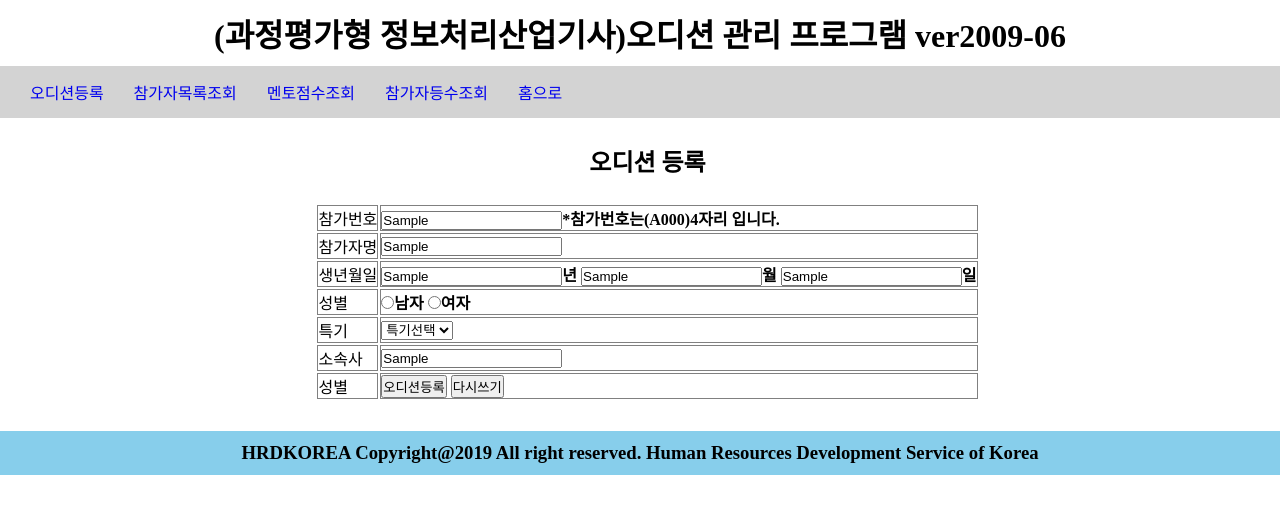
Repository: chyun94/JSP-
Page: http://localhost/Kingdom/insert.jsp
The author's editor kept a copy of each file at every save. The page is drawn from the files as they stood at one save, then again after the next save.
The browser window is 1280 px wide. The pictures show the whole page.
Empty fields were first filled with sample values (such as "Sample", 5 or name@example.com).
After loading, the first visible `input[onclick="re()"]` was clicked once.
The page is served by Tomcat 9. Other server files are loaded and not shown.

Above is the page before, as saved 2021-05-09 13:05:57.
Console error: ReferenceError: re is not defined

### Kingdom/WebContent/insert.jsp
<%@ page language="java" contentType="text/html; charset=UTF-8"
    pageEncoding="UTF-8"%>
<!DOCTYPE html>
<html>
<head>
<meta charset="UTF-8">
<title>Insert title here</title>
<style>
*{margin: 0%;padding: 0%}

.header ul,li,a{
list-style: none;
text-decoration: none;
float: left;
padding-left: 15px;
padding-bottom: 0 20px;
text-align: center;
}
.nav{
padding: 14px 0px; overflow: hidden;
background-color: lightgray;
}
.subject table{
width: 600px;
margin: 0 auto;
}
.subject table,th,td{
border: 1px solid gray;
text-align: left;
}

.footer{
text-align: center; background: skyblue; padding: 11px;
}
</style>
<script>
	function send() {
		if(frm.artist_number.value==""){
			alert("참가번호를 작성해 주세요");
			frm.artist_number.focus();
			return;
		}
		alert("오디션참가에 등록 합니다.");
		frm.submit();
	}
</script>
</head>
<body>
<div>
	<header>
		<h1 style="text-align: center; padding: 10px">(과정평가형 정보처리산업기사)오디션 관리 프로그램 ver2009-06</h1>
		<nav class="nav">
		<ul>
			<li><a href="insert.jsp">오디션등록</a></li>
			<li><a href="list.jsp">참가자목록조회</a></li>
			<li><a href="mentolist.jsp">멘토점수조회</a></li>
			<li><a href="ranking.jsp">참가자등수조회</a></li>
			<li><a href="index.jsp">홈으로</a></li>
		</ul>
		</nav>
	</header>
</div>

<div style="padding-left: 15px; text-align: center;">
	<section>
		<h2 style="text-align: center; padding: 25px;">오디션 등록</h2>

		<form action="insert_pro.jsp" method="post" name="frm">

		<div align="center">
		<table class="subject" style="text-align: center;">
			<tr>
				<td>참가번호</td>
				<th>
					<input type="text"maxlength="4" name="artist_number">*참가번호는(A000)4자리 입니다.
				</th>
			</tr>
			<tr>
				<td>참가자명</td>
				<th>
					<input type="text" name="artist_name">
				</th>
			</tr>
			<tr>
				<td>생년월일</td>
				<th>
					<input type="text" name="yy">년
					<input type="text" name="mm">월
					<input type="text" name="dd">일
				</th>
			</tr>
			<tr>
				<td>성별</td>
				<th>
					<input type="radio" name="gender" value="M">남자
					<input type="radio" name="gender" value="F">여자
				</th>
			</tr>
			<tr>
				<td>특기</td>
				<th>
					<select name=hobby>
						<option>특기선택</option>
						<option value="1">댄스</option>
						<option value="2">노래</option>
						<option value="3">랩</option>
					</select>
				</th>
			</tr>
			<tr>
				<td>소속사</td>
				<th>
					<input type="text" name="join">
				</th>
			</tr>
			<tr>
				<td>성별</td>
				<th>
					<input type="button" onclick="send()" value="오디션등록">
					<input type="button" onclick="re()" value="다시쓰기">
				</th>
			</tr>
		</table>
		</div>
		</form>
	</section>
</div>

<div style="padding-top: 30px;">
	<footer>
		<div class="footer">
			<h3 style="text-align: center;" >
			HRDKOREA Copyright@2019 All right reserved. Human Resources Development Service of Korea
			</h3>
		</div>
	</footer>
</div>
</body>
</html>

After the next save:
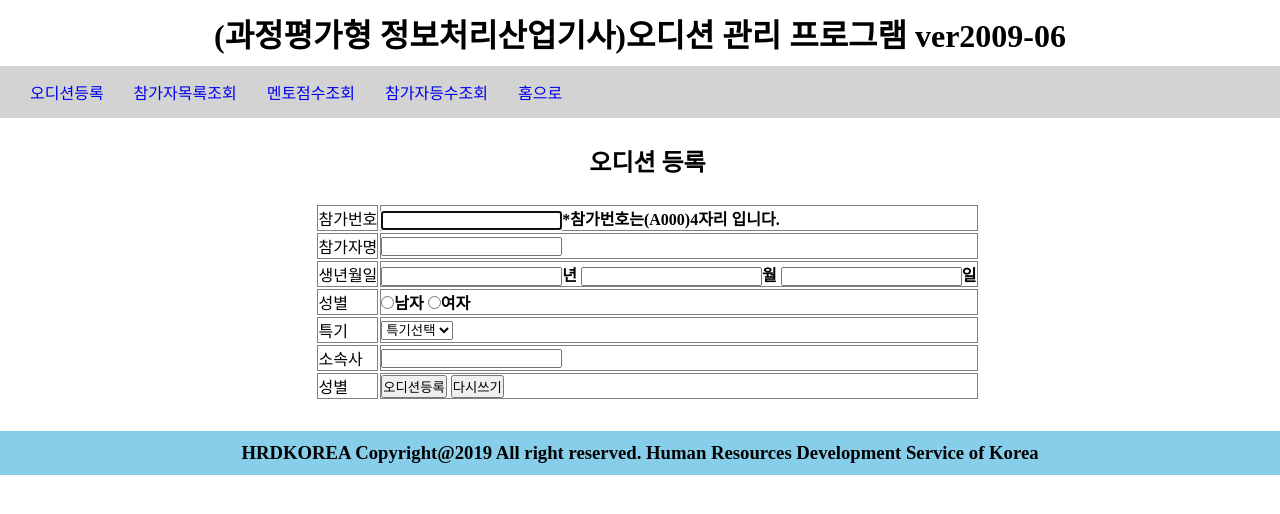
The error is gone.
Saved 38 s later.
--- a/Kingdom/WebContent/insert.jsp
+++ b/Kingdom/WebContent/insert.jsp
@@ -42,6 +42,11 @@ text-align: center; background: skyblue; padding: 11px;
 		}
 		alert("오디션참가에 등록 합니다.");
 		frm.submit();
+	}
+	function re() {
+		alert("다시 작성 합니다.");
+		frm.reset();
+		frm.artist_number.focus();
 	}
 </script>
 </head>
